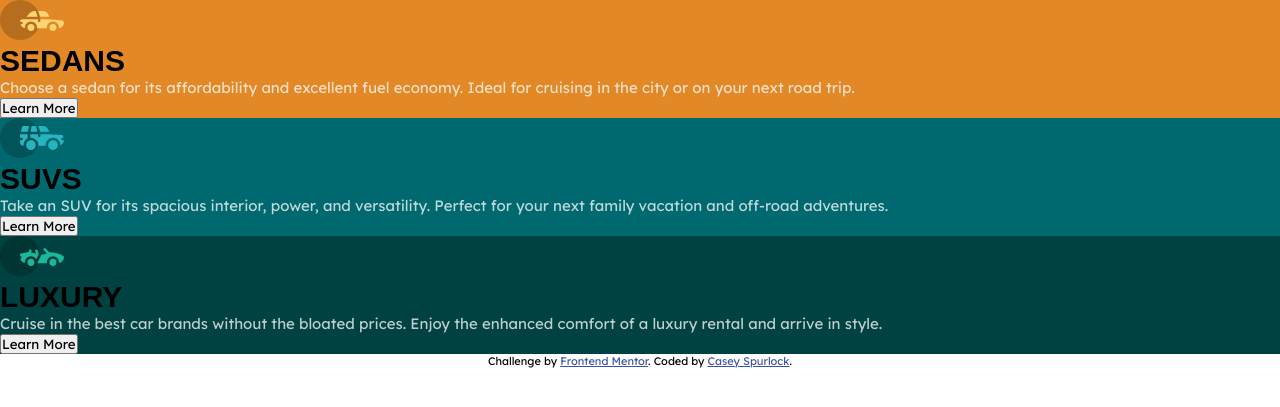
Repository: CaseySpurlock/3-column-preview-card-component-main
Page: index.html
An editor plug-in stored every save of this project. The page is shown before and after the next save, followed by the edit.
The browser window is 1280 px wide. The pictures show the whole page.

Above is the page before, as saved 2021-06-23 10:32:02.

### index.html
<!DOCTYPE html>
<html lang="en">
<head>
  <meta charset="UTF-8">
  <meta name="viewport" content="width=device-width, initial-scale=1.0"> <!-- displays site properly based on user's device -->

  <link rel="icon" type="image/png" sizes="32x32" href="./images/favicon-32x32.png">

  <title>Frontend Mentor | 3-column preview card component</title>

  <!-- Stylesheets -->
  <link rel="stylesheet" href="style.css">
  <link rel="preconnect" href="https://fonts.googleapis.com">
  <link rel="preconnect" href="https://fonts.gstatic.com" crossorigin>
  <link href="https://fonts.googleapis.com/css2?family=Big+Shoulders+Display:wght@700&family=Lexend+Deca&display=swap" rel="stylesheet">
</head>


<body>
  <div class="container">
    <div class="card bright-orange">
      <img src="./images/icon-sedans.svg" alt="sedan img">
      <h3>Sedans</h3>
      <p>Choose a sedan for its affordability and excellent fuel economy. Ideal for cruising in the city
        or on your next road trip.</p>
        <button class="btn">Learn More</button>
    </div>

    <div class="card dark-cyan">
      <img src="./images/icon-suvs.svg" alt="suv img">
      <h3>SUVs</h3>
      <p>Take an SUV for its spacious interior, power, and versatility. Perfect for your next family vacation
        and off-road adventures.</p>
        <button class="btn">Learn More</button>
    </div>

    <div class="card very-dark-cyan">
      <img src="./images/icon-luxury.svg" alt="luxury img">
      <h3>Luxury</h3>
      <p>Cruise in the best car brands without the bloated prices. Enjoy the enhanced comfort of a luxury
      rental and arrive in style.</p>
      <button class="btn">Learn More</button>
    </div>
  </div>

  <footer>
    <div class="attribution">
      Challenge by <a href="https://www.frontendmentor.io?ref=challenge" target="_blank">Frontend Mentor</a>.
      Coded by <a href="https://csgc86.myportfolio.com/" target="_blank">Casey Spurlock</a>.
    </div>
  </footer>
</body>
</html>

### style.css
* {
    margin: 0;
    padding: 0;
    box-sizing: border-box;
}

body, button {
    font-family: "Lexend deca", sans-serif;
}

h3 {
    font-family: "Big Shoilders Display", sans-serif;
    text-transform: uppercase;
    font-size: 30px;
}

p {
    color: hsla(0, 0%, 100%, 0.75);
    font-size: 15px;
}

.bright-orange {
    background-color: hsl(31, 77%, 52%);
}

.dark-cyan {
    background-color: hsl(184, 100%, 22%);
}

.very-dark-cyan {
    background-color: hsl(179, 100%, 13%);
}


.attribution {
    font-size: 11px;
    text-align: center;
}

.attribution a {
    color: hsl(228, 45%, 44%);
}

After the next save:
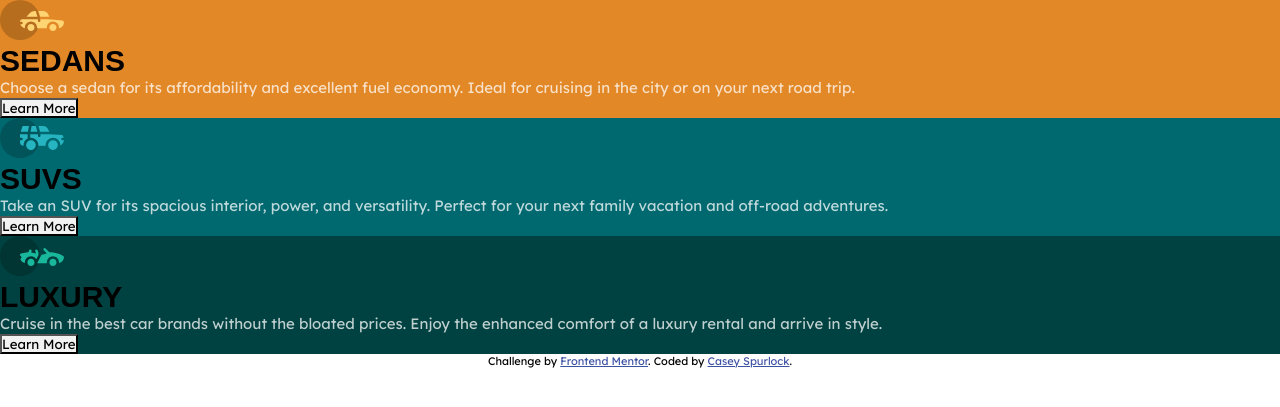
Saved 116 s later.
--- a/style.css
+++ b/style.css
@@ -31,6 +31,10 @@
     background-color: hsl(179, 100%, 13%);
 }
 
+.btn {
+    background-color: hsl(0, 0%, 95%);
+}
+
 
 .attribution {
     font-size: 11px;
